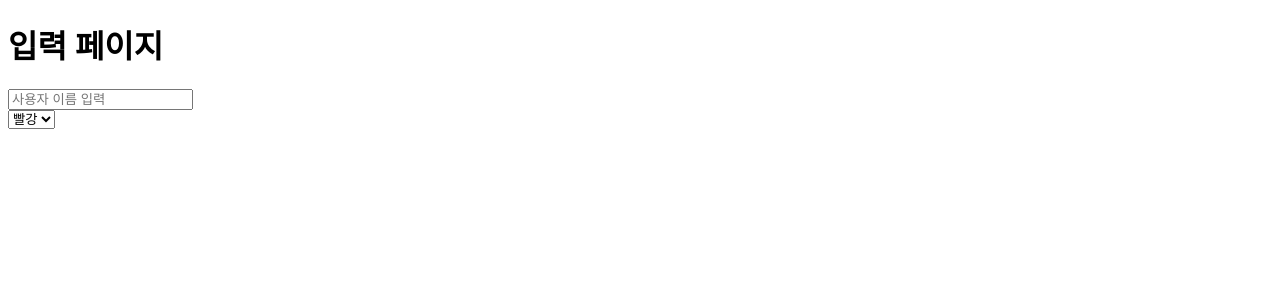
Repository: ljh5973/labweb
Page: http://localhost/JSP03/03_form.jsp
These files come from the project's save history. The page is drawn as it stood at one moment and after the next save; the edit follows.
The browser window is 1280 px wide. The pictures show the whole page.
The page is served by Tomcat 9.

Above is the page before, as saved 2022-01-10 07:39:05.

After the next save:
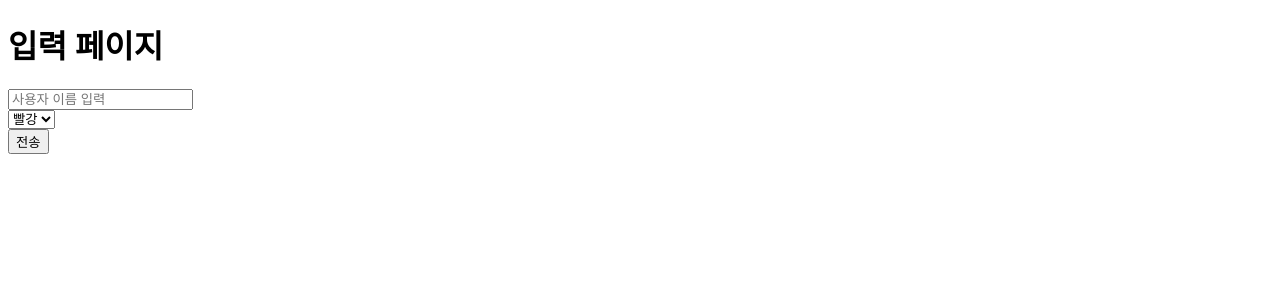
Saved 17 s later.
--- a/JSP03/webapp/03_form.jsp
+++ b/JSP03/webapp/03_form.jsp
@@ -21,6 +21,9 @@
 			<option value="green">초록</option>
 		</select>
 
+		<br>
+		<input type="submit" value="전송">
+
 
 	</form>
 
